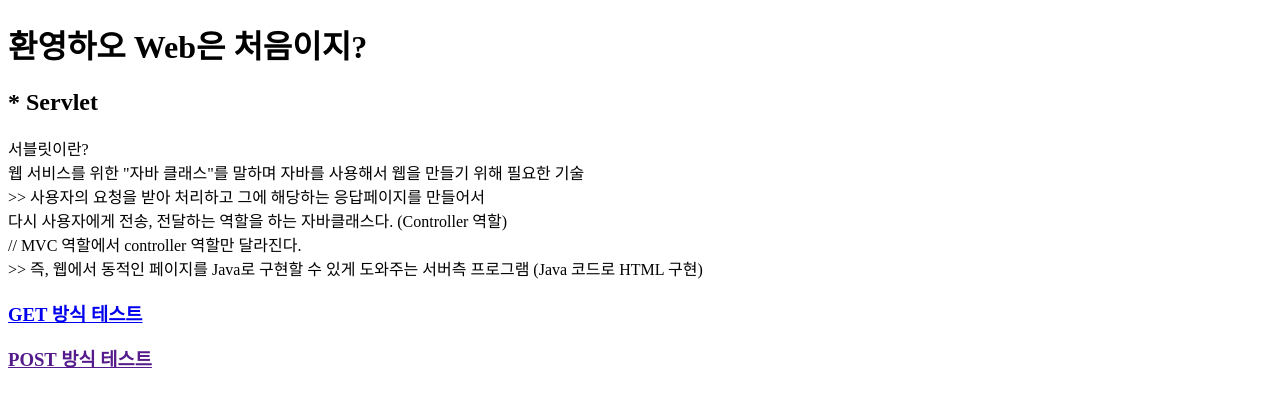
Repository: 1400CP/05_server-workspace1
Page: 1_Servlet/WebContent/index.html
These files come from the project's save history. The page is drawn as it stood at one moment and after the next save; the edit follows.
The browser window is 1280 px wide. The pictures show the whole page.

Above is the page before, as saved 2025-02-14 03:51:50.

### 1_Servlet/WebContent/index.html
<!DOCTYPE html>
<html>
<head>
<meta charset="UTF-8">
<title>Insert title here</title>
</head>
<body>

	<h1>환영하오 Web은 처음이지?</h1>

	<h2>* Servlet</h2>

	<p>
		서블릿이란? <br>
		웹 서비스를 위한 "자바 클래스"를 말하며 자바를 사용해서 웹을 만들기 위해 필요한 기술 <br>
		>> 사용자의 요청을 받아 처리하고 그에 해당하는 응답페이지를 만들어서 <br>
		다시 사용자에게 전송, 전달하는 역할을 하는 자바클래스다. (Controller 역할) <br>
			// MVC 역할에서 controller 역할만 달라진다. <br>
		>> 즉, 웹에서 동적인 페이지를 Java로 구현할 수 있게 도와주는 서버측 프로그램 (Java 코드로 HTML 구현)
	</p>

	<h3><a href="views/requestTest_GET.html">GET 방식 테스트</a></h3>
	<h3><a href="">POST 방식 테스트</a></h3>


</body>
</html>

After the next save:
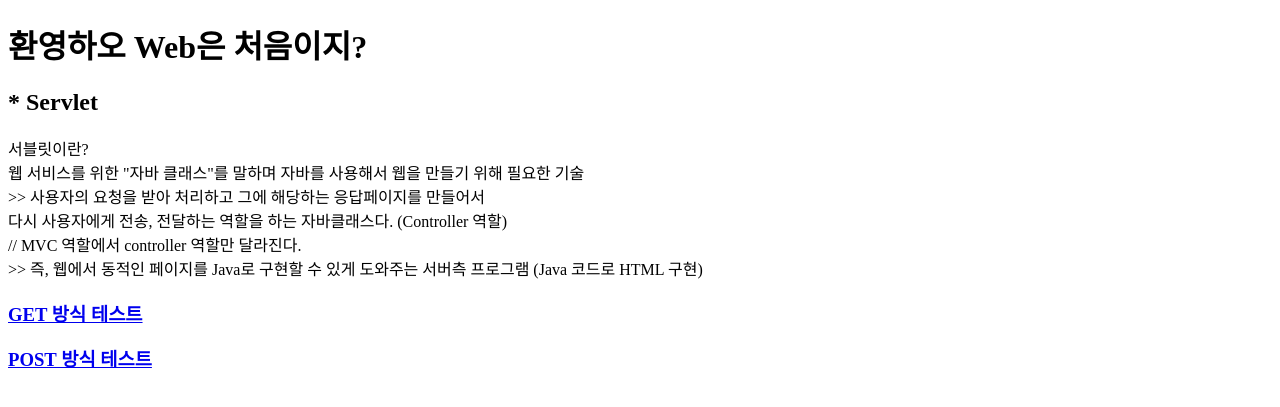
Saved 26 s later.
--- a/1_Servlet/WebContent/index.html
+++ b/1_Servlet/WebContent/index.html
@@ -20,7 +20,7 @@
 	</p>
 
 	<h3><a href="views/requestTest_GET.html">GET 방식 테스트</a></h3>
-	<h3><a href="">POST 방식 테스트</a></h3>
+	<h3><a href="views/requestTest_POST.html">POST 방식 테스트</a></h3>
 
 
 </body>
